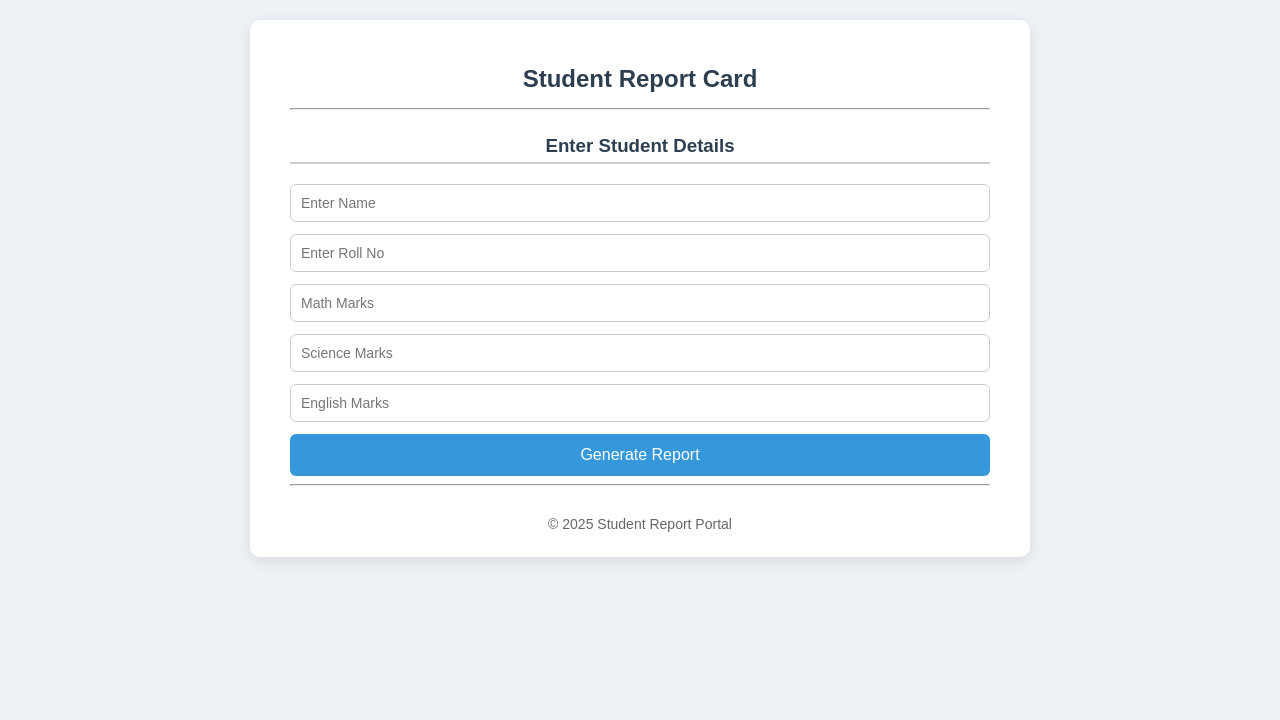
Repository: ashwinii19/Core-Java-Learning
Page: http://localhost/24-JSP/
An editor plug-in stored every save of this project. The page is shown before and after the next save, followed by the edit.
The browser window is 1280 px wide. The pictures show the whole page.
The page is served by Tomcat 9.

Above is the page before, as saved 2025-08-20 03:48:28.

After the next save:
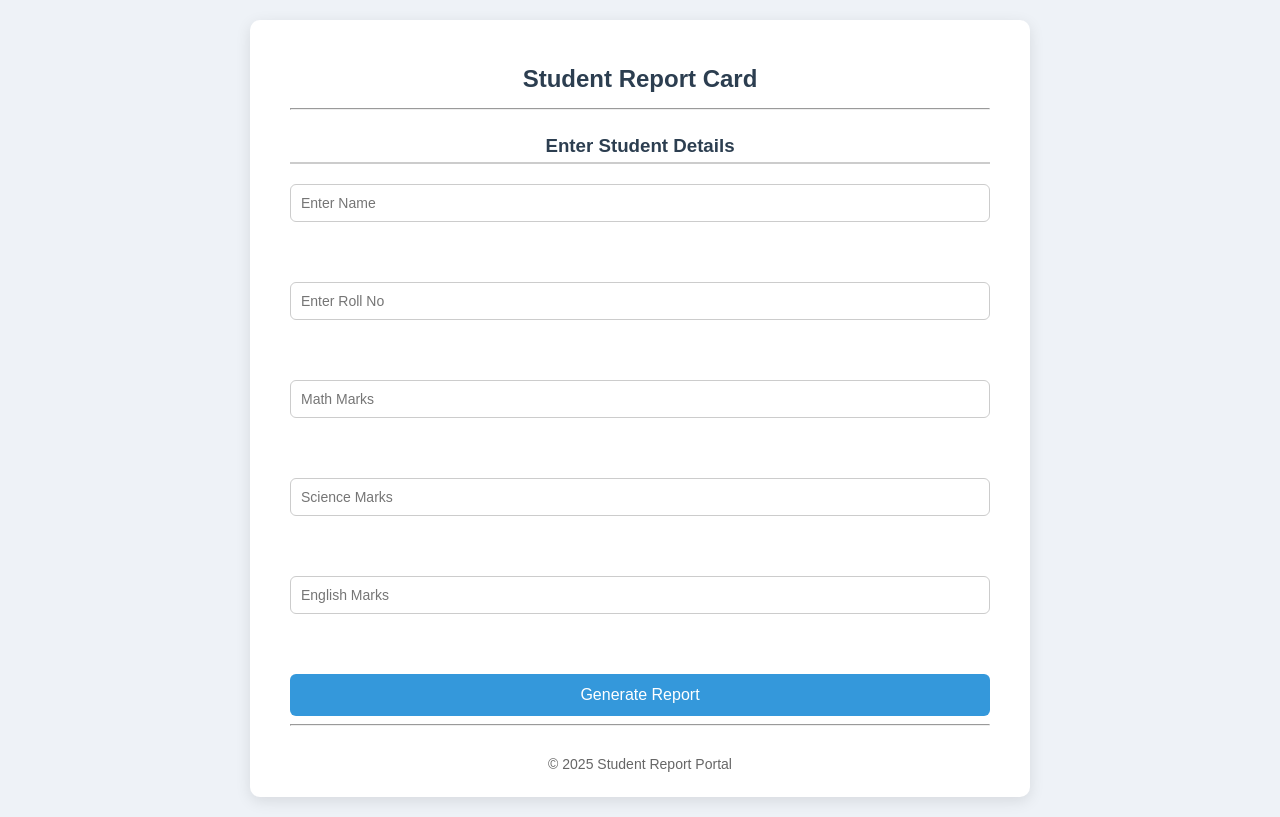
Saved 4 min 28 s later.
--- a/24-JSP/src/main/webapp/index.jsp
+++ b/24-JSP/src/main/webapp/index.jsp
@@ -10,12 +10,15 @@
     <jsp:include page="header.jsp"/>
 
     <h3>Enter Student Details</h3>
-    <form action="profile.jsp">
-        <input type="text" name="name" placeholder="Enter Name" required/>
-        <input type="text" name="rollNo" placeholder="Enter Roll No" required/>
-        <input type="number" name="math" placeholder="Math Marks" required/>
-        <input type="number" name="science" placeholder="Science Marks" required/>
-        <input type="number" name="english" placeholder="English Marks" required/>
+    <form action="profile.jsp" method="get">
+        <input type="text" name="name" placeholder="Enter Name"
+               pattern="[A-Za-z ]+" title="Name must contain only letters and spaces" required/><br><br>
+
+        <input type="text" name="rollNo" placeholder="Enter Roll No" required/><br><br>
+        <input type="number" name="math" placeholder="Math Marks" required/><br><br>
+        <input type="number" name="science" placeholder="Science Marks" required/><br><br>
+        <input type="number" name="english" placeholder="English Marks" required/><br><br>
+
         <input type="submit" value="Generate Report"/>
     </form>
 
